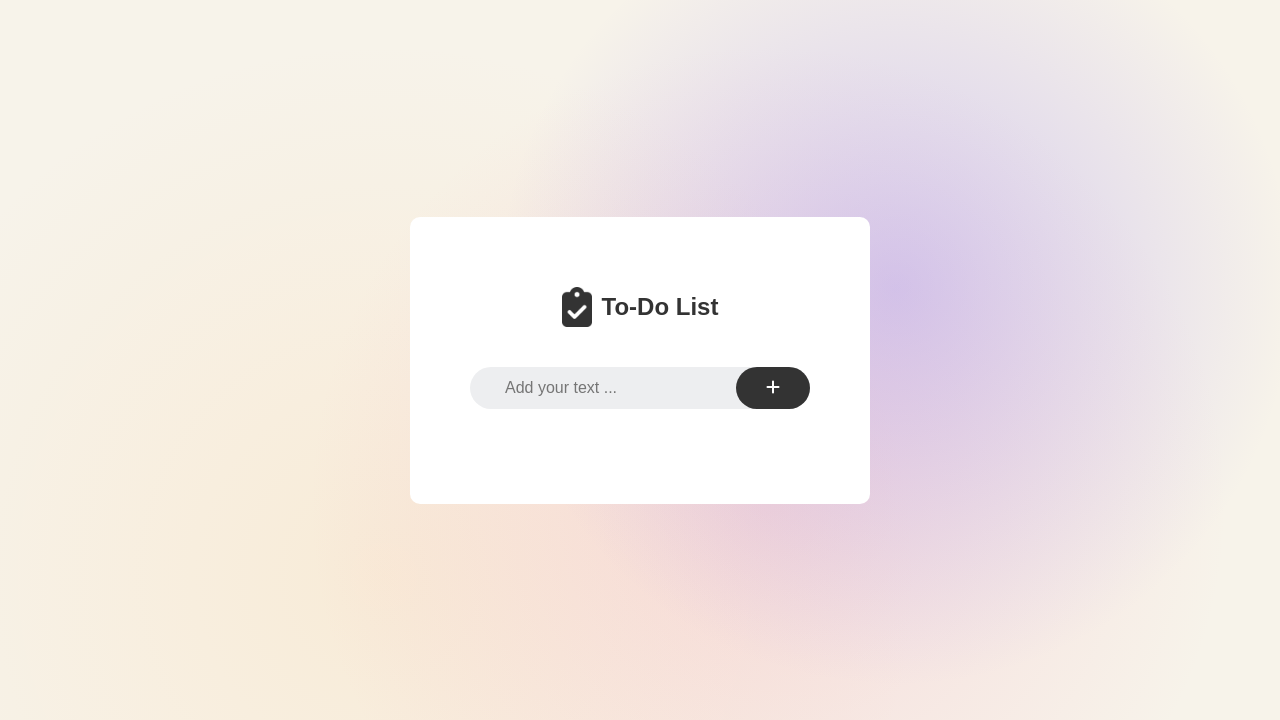
Repository: maltika/To-do_list
Page: index.html
These files come from the project's save history. The page is drawn as it stood at one moment and after the next save; the edit follows.
The browser window is 1280 px wide. The pictures show the whole page.

Above is the page before, as saved 2025-05-20 15:03:21.

After the next save:
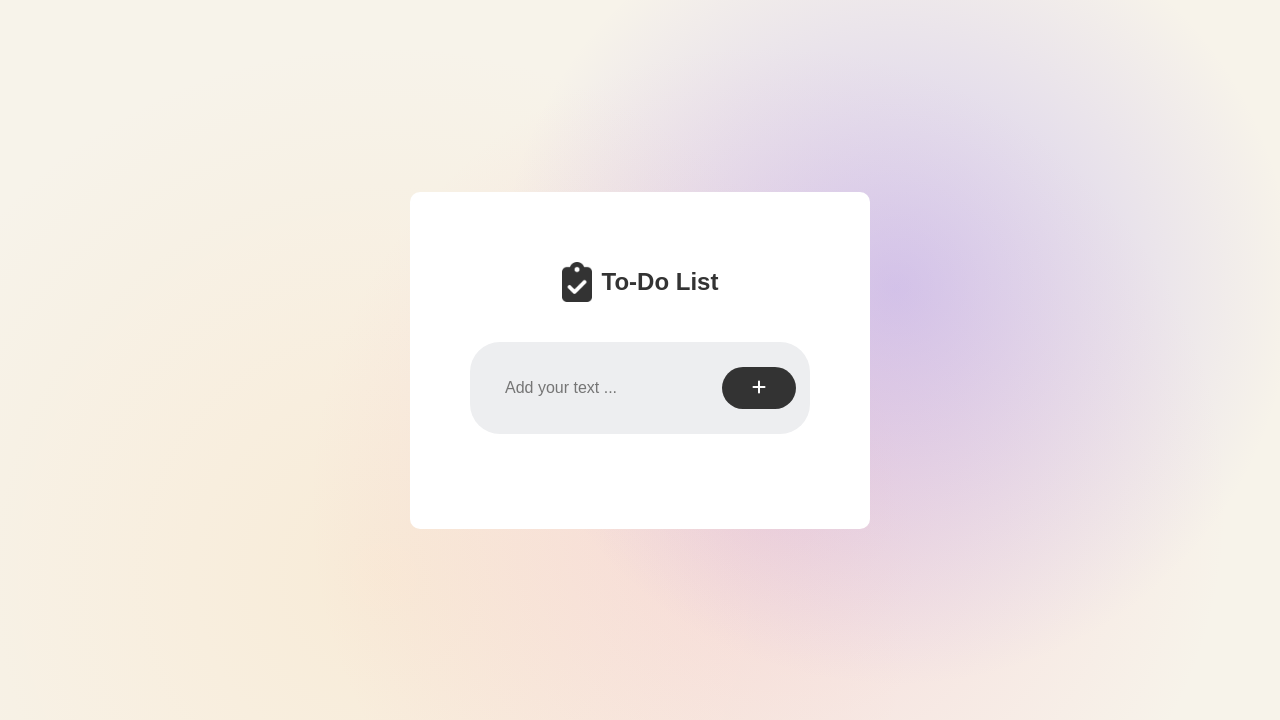
Saved 8 s later.
--- a/style.css
+++ b/style.css
@@ -60,7 +60,7 @@ body {
     align-items: center;
     background: #edeef0;
     border-radius: 30px;
-    padding-left: 25px;
+    padding: 25px;
     margin-bottom: 25px;
     margin-left: 30px;
     margin-right: 30px;
